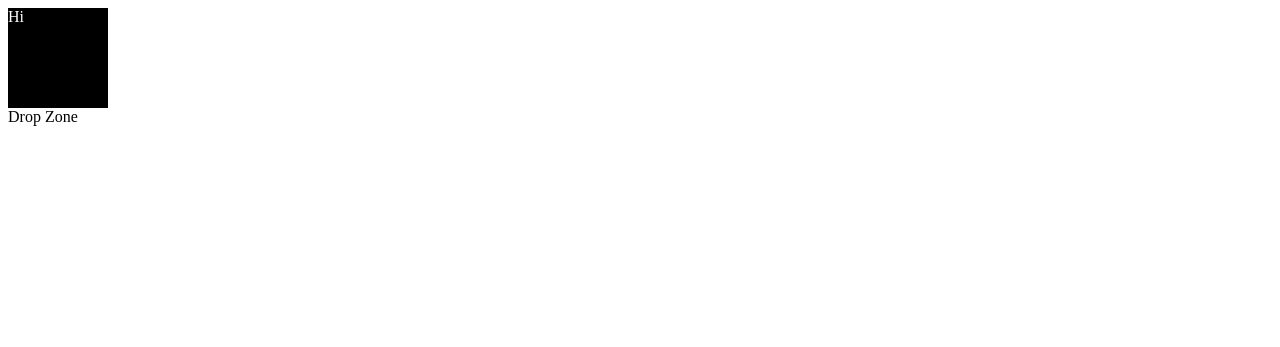
Repository: hwangstar156/UI-collection
Page: index.html
The author's editor kept a copy of each file at every save. The page is drawn from the files as they stood at one save, then again after the next save.
The browser window is 1280 px wide. The pictures show the whole page.

Above is the page before, as saved 2021-08-26 11:22:03.

### index.html
<!DOCTYPE html>
<html lang="en">
<head>
    <meta charset="UTF-8">
    <meta http-equiv="X-UA-Compatible" content="IE=edge">
    <meta name="viewport" content="width=device-width, initial-scale=1.0">
    <title>UI-COMPONENT</title>
    <link rel="stylesheet" href="styles.css">
    <script src="app.js" defer></script>
</head>
<body>
    <div class="drag" draggable="true">
        Hi
    </div>

    <div class="target">
        Drop Zone
    </div>
</body>
</html>

### styles.css
.drag {
  width: 100px;
  height: 100px;
  color: white;
  background-color: black;
}

### app.js
const element = document.querySelector(".target");

const handlerDragStart = (event) => {
  event.dataTransfer.setData("application/my-app", ev.target.className);
  event.dataTransfer.dropEffect = "move";
};

const handlerDragOver = (event) => {
  event.preventDefault();
  event.dataTransfer.dropEffect = "move";
};

const handlerDrag = (event) => {
  event.preventDefault();
  const data = event.dataTransfer.getData("application/my-app");
  event.target.appendChild(document.getElementsByClassName(data));
};

element.addEventListener("dragover", handlerDragOver);
element.addEventListener("drag", handlerDrag);

After the next save:
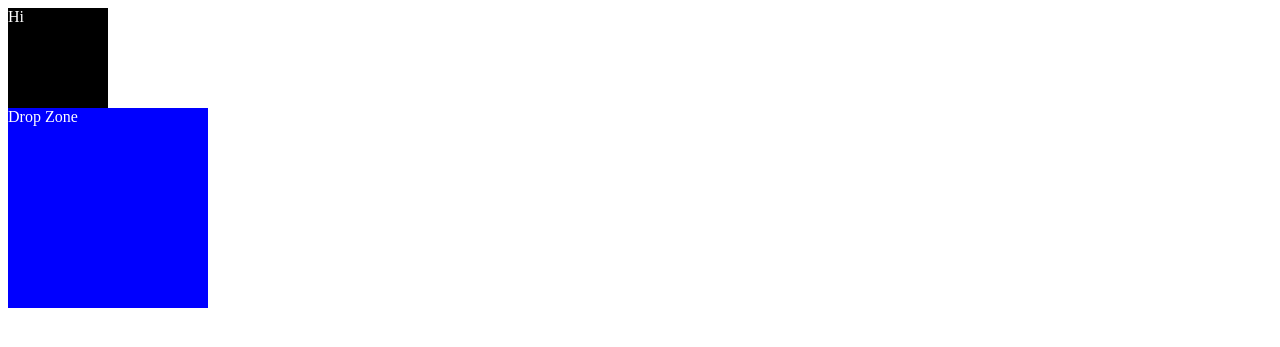
Saved 2 min 14 s later.
--- a/styles.css
+++ b/styles.css
@@ -4,3 +4,10 @@
   color: white;
   background-color: black;
 }
+
+.target {
+  width: 200px;
+  height: 200px;
+  color: white;
+  background-color: blue;
+}
